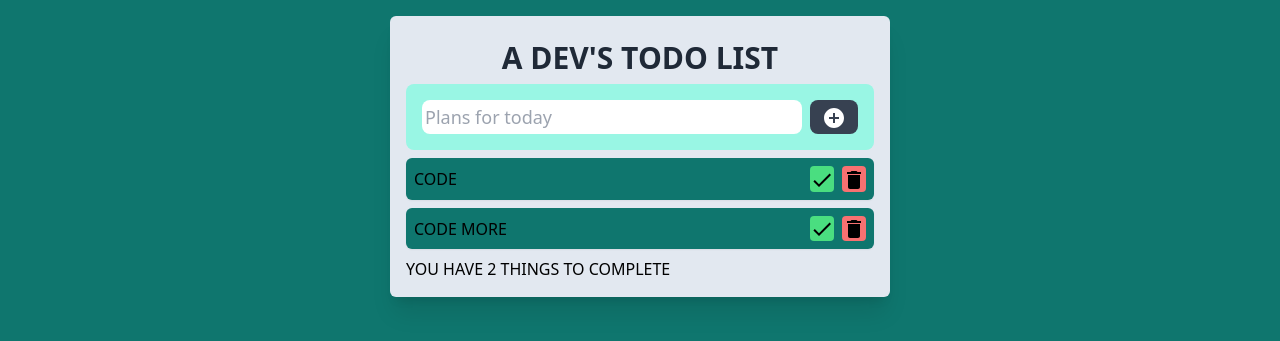
Repository: DevAntonioRogers/React-Todo-CRUD-App
Page: /
These files come from the project's save history. The page is drawn as it stood at one moment and after the next save; the edit follows.
The browser window is 1280 px wide. The pictures show the whole page.
The project was rebuilt for these pictures with package versions that can differ from the ones it lists, and the page was loaded fresh each time. Also part of the build but not shown: vite.config.ts.

Above is the page before, as saved 2023-05-14 20:04:03.

### src/App.tsx
import Form from "./components/Form";

import { useState } from "react";
import Todo from "./components/Todo";

const App = () => {
  const [todo, setTodo] = useState(["code", "code more"]);

  return (
    <div className="h-screen w-screen p-4 bg-teal-700">
      <div className="bg-slate-200 max-w-[500px] w-full m-auto rounded-md shadow-xl p-4">
        <h1 className="text-3xl font-bold text-center text-gray-800 p-2">A DEV'S TODO LIST</h1>
        <Form />
        <ul>
          {todo.map((todos, index) => (
            <Todo key={index} todos={todos} />
          ))}
        </ul>
        <p>YOU HAVE 2 THINGS TO COMPLETE</p>
      </div>
    </div>
  );
};

export default App;

### src/components/Form.tsx
import AddCircleIcon from "@mui/icons-material/AddCircle";

const Form = () => {
  return (
    <form className="flex justify-between bg-teal-200 p-4 rounded-lg items-center">
      <input className="w-full text-lg rounded-lg p-[3px]" type="text" placeholder="Plans for today" />
      <button className="ml-2 p-1 bg-gray-700 px-3 rounded-lg text-white">
        <AddCircleIcon />
      </button>
    </form>
  );
};

export default Form;

### src/components/Todo.tsx
import CheckIcon from "@mui/icons-material/Check";
import DeleteIcon from "@mui/icons-material/Delete";

interface TodoProps {
  todos: string;
}

const Todo = ({ todos }: TodoProps) => {
  return (
    <li className="p-2 bg-teal-700 my-2 rounded-md uppercase shadow-sm">
      <div className="flex items-center justify-between">
        <p>{todos}</p>
        <div className="flex gap-2">
          <button className="bg-green-400 w-full rounded">
            <CheckIcon />
          </button>
          <button className="bg-red-400 w-full rounded">
            <DeleteIcon />
          </button>
        </div>
      </div>
    </li>
  );
};

export default Todo;

Loaded but not shown: index.html (common file); src/main.tsx (common file); src/index.css (common file); tailwind.config.js (common file)

After the next save:
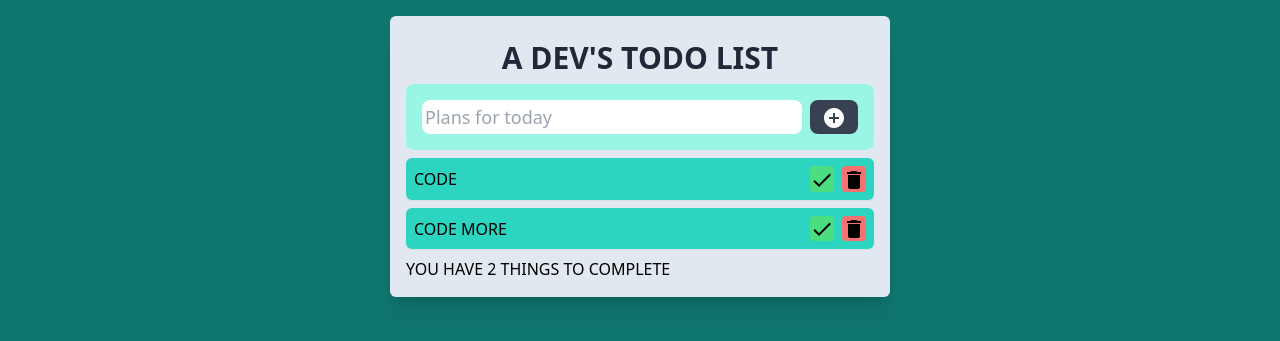
Saved 16 s later.
--- a/src/components/Todo.tsx
+++ b/src/components/Todo.tsx
@@ -7,7 +7,7 @@ interface TodoProps {
 
 const Todo = ({ todos }: TodoProps) => {
   return (
-    <li className="p-2 bg-teal-700 my-2 rounded-md uppercase shadow-sm">
+    <li className="p-2 bg-teal-400 my-2 rounded-md uppercase shadow-sm">
       <div className="flex items-center justify-between">
         <p>{todos}</p>
         <div className="flex gap-2">
